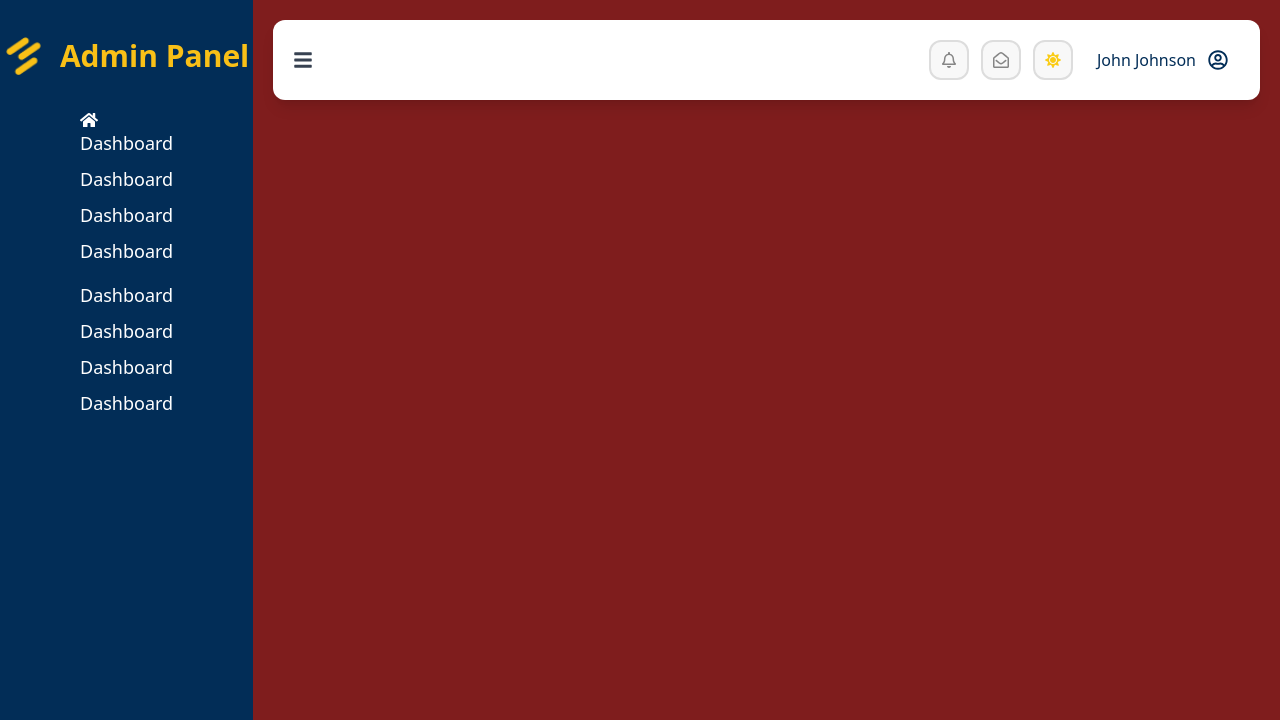
Repository: farrelmuhammad/redesign-bo
Page: /
These files come from the project's save history. The page is drawn as it stood at one moment and after the next save; the edit follows.
The browser window is 1280 px wide. The pictures show the whole page.
The project was rebuilt for these pictures with package versions that can differ from the ones it lists, and the page was loaded fresh each time. Also part of the build but not shown: src/App.css.

Above is the page before, as saved 2024-03-02 19:47:16.

After the next save:
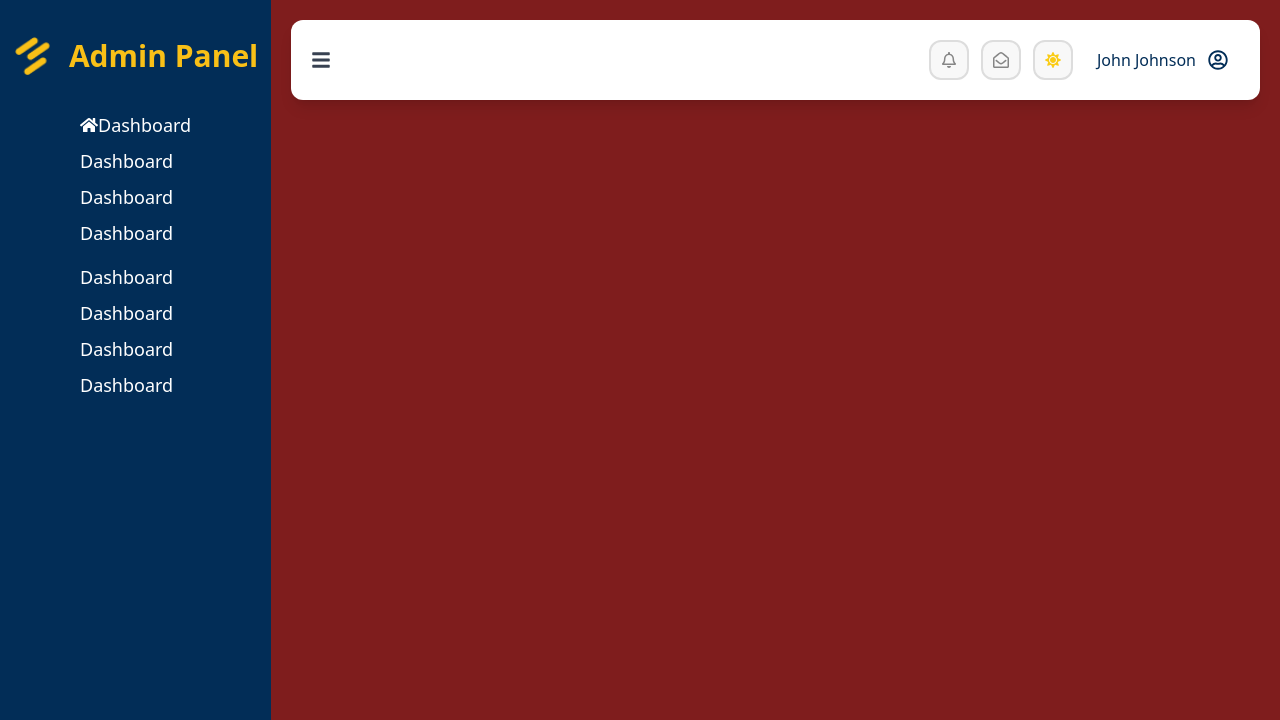
Saved 17 s later.
--- a/src/components/Sidebar.tsx
+++ b/src/components/Sidebar.tsx
@@ -11,7 +11,7 @@ const Sidebar = () => {
             </div>
             <div className="flex flex-col h-full w-full justify-start gap-4 items-start py-5 px-20">
                 <ul className='flex flex-col gap-2 font-medium text-lg'>
-                    <li>
+                    <li className='flex flex-row justify-start items-center'>
                         <FaHome /> Dashboard
                     </li>
                     <li>Dashboard</li>
